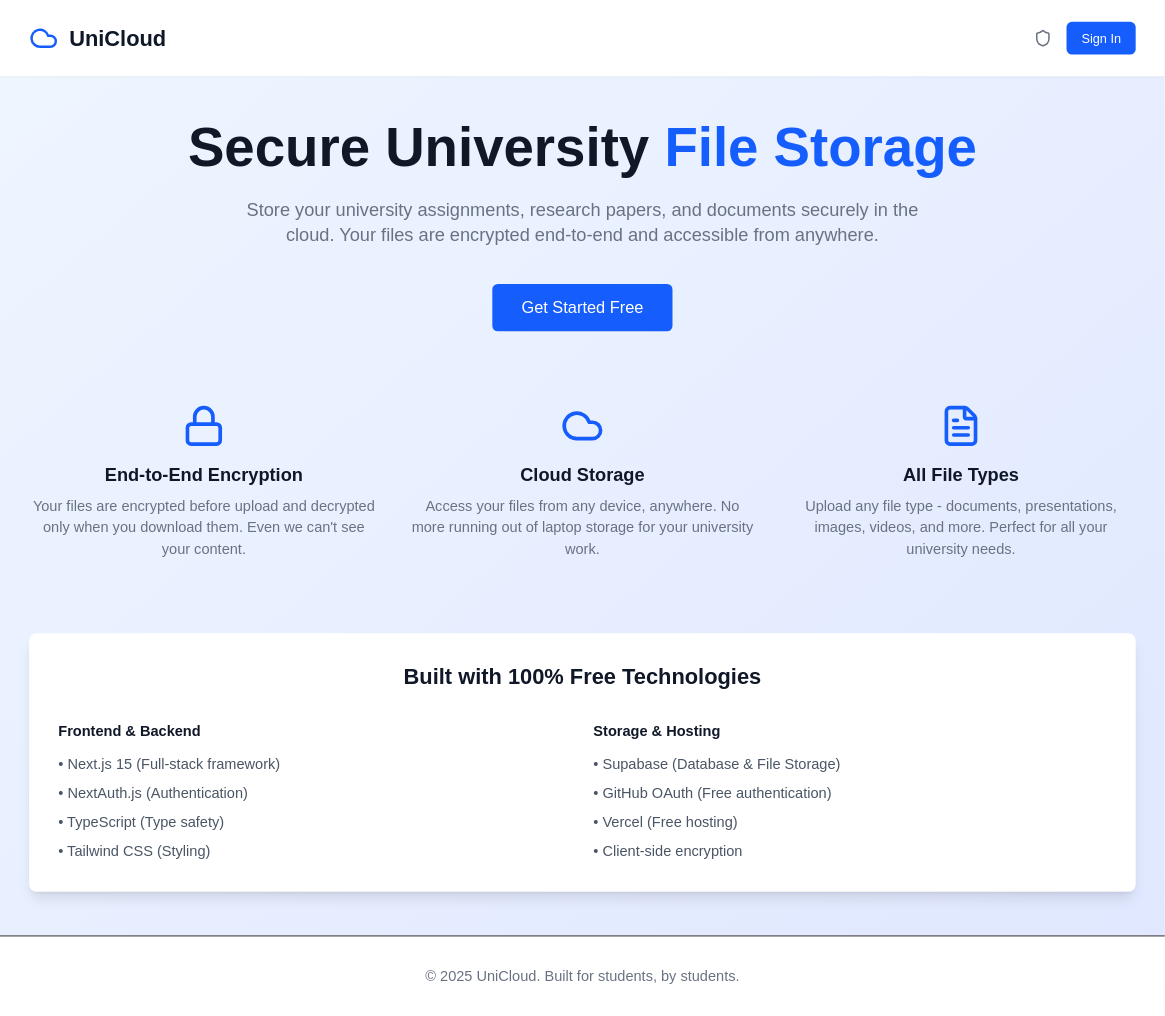
Repository: DiwanMalla/UniCloud
Page: /
An editor plug-in stored every save of this project. The page is shown before and after the next save, followed by the edit.
The browser window is 1280 px wide. The pictures show the whole page, at 91% of full size.
The page's requests for data from a server got no answer. The project was rebuilt for these pictures with package versions that can differ from the ones it lists, and the page was loaded fresh each time. The framework's server and built-in components were replaced by stand-ins that run in the browser. No one was signed in, and anything a server would have sent is missing. Also part of the build but not shown: next.config.ts.

Above is the page before, as saved 2025-08-31 16:02:17.

After the next save:
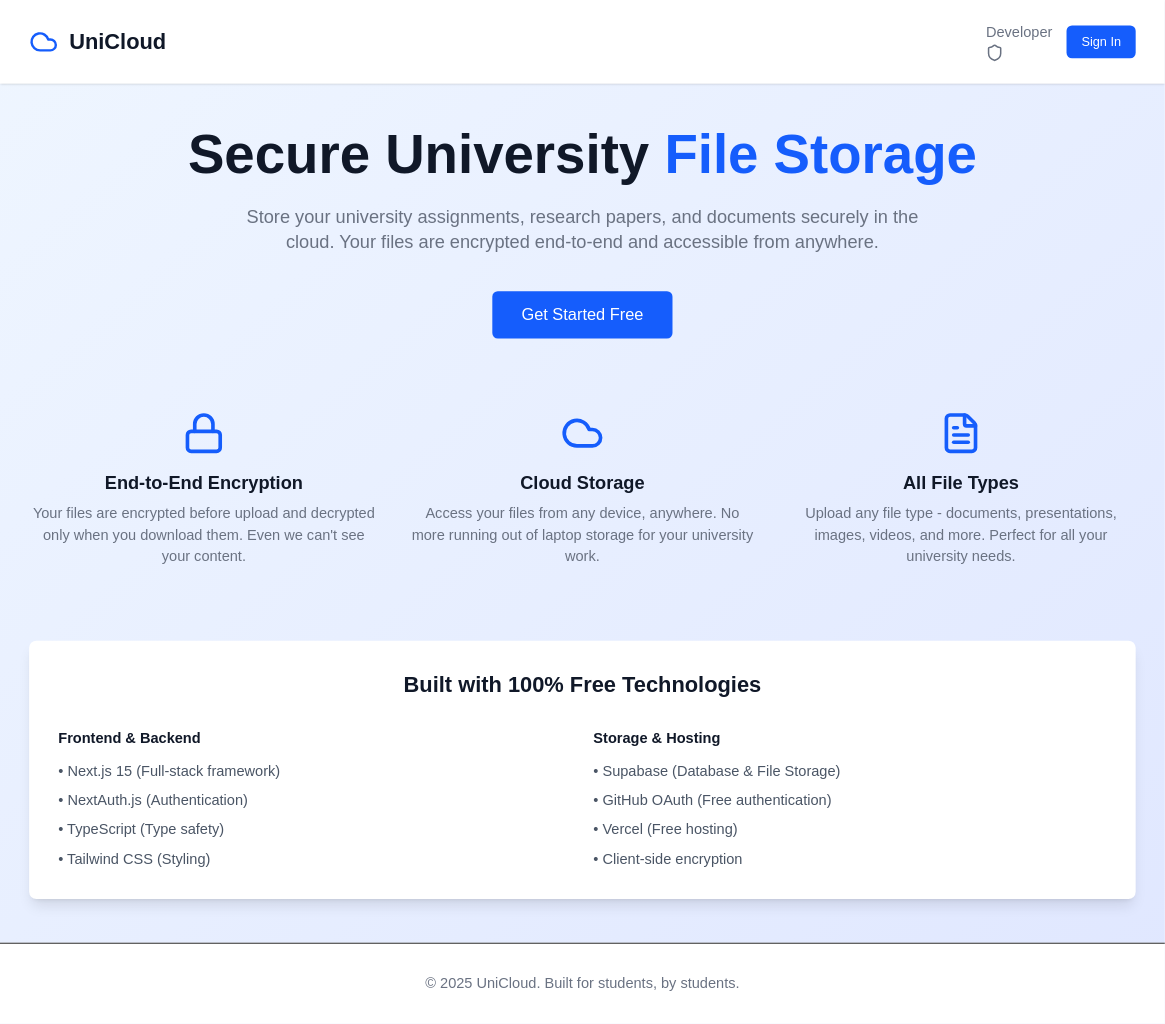
Saved 28 s later.
--- a/src/app/page.tsx
+++ b/src/app/page.tsx
@@ -48,6 +48,7 @@
                 className="text-gray-500 hover:text-gray-700 transition-colors"
                 title="Developer Info"
               >
+                <p>Developer</p>
                 <Shield className="w-5 h-5" />
               </button>
               <button

After the save that followed:
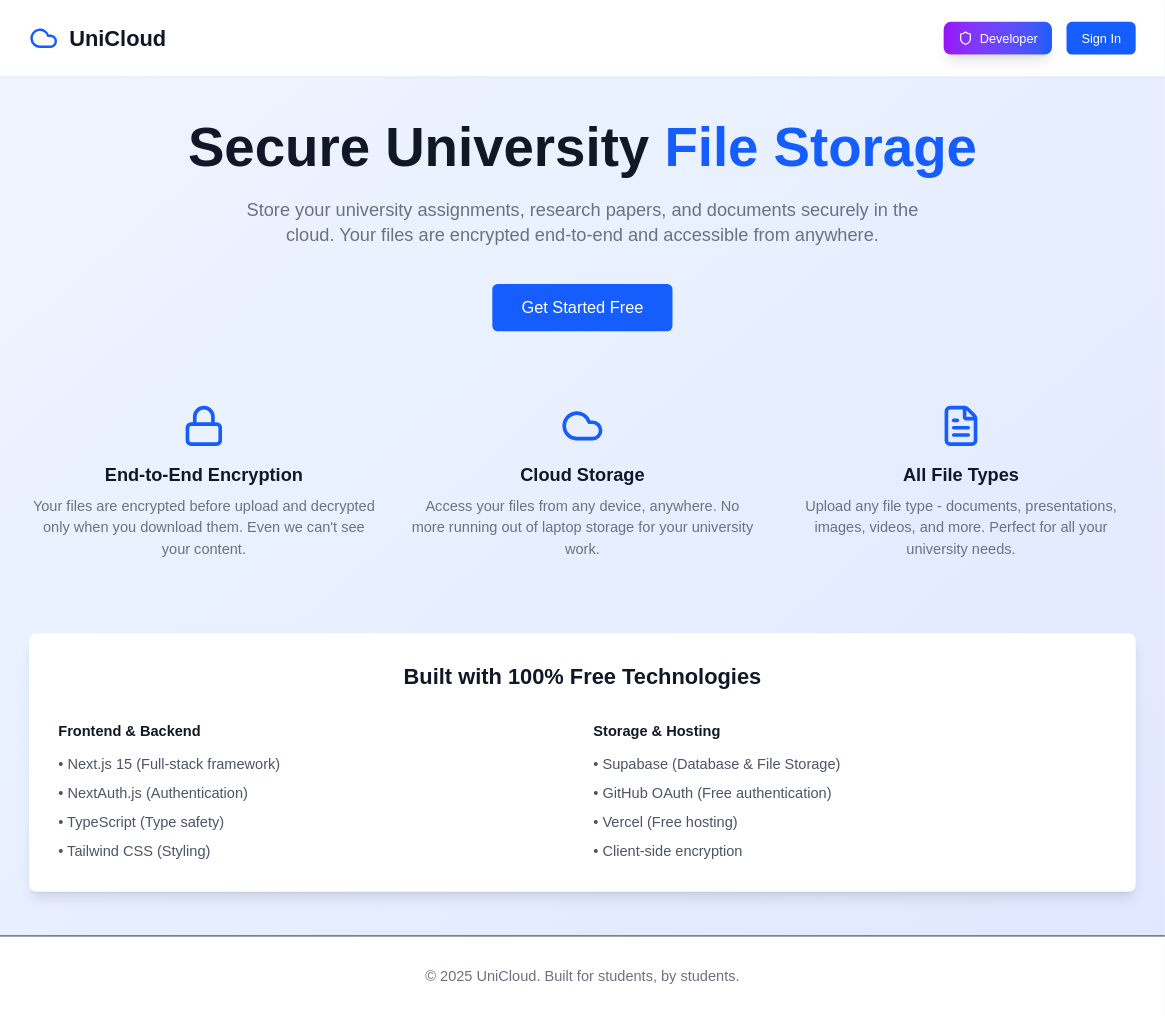
Saved 75 s later.
--- a/src/app/page.tsx
+++ b/src/app/page.tsx
@@ -45,11 +45,11 @@
             <div className="flex items-center space-x-4">
               <button
                 onClick={() => setShowDeveloperModal(true)}
-                className="text-gray-500 hover:text-gray-700 transition-colors"
+                className="flex items-center gap-2 bg-gradient-to-r from-purple-600 to-blue-600 hover:from-purple-700 hover:to-blue-700 text-white px-4 py-2 rounded-lg text-sm font-medium transition-all transform hover:scale-105 shadow-lg"
                 title="Developer Info"
               >
-                <p>Developer</p>
-                <Shield className="w-5 h-5" />
+                <Shield className="w-4 h-4" />
+                Developer
               </button>
               <button
                 onClick={() => router.push("/auth/signin")}
